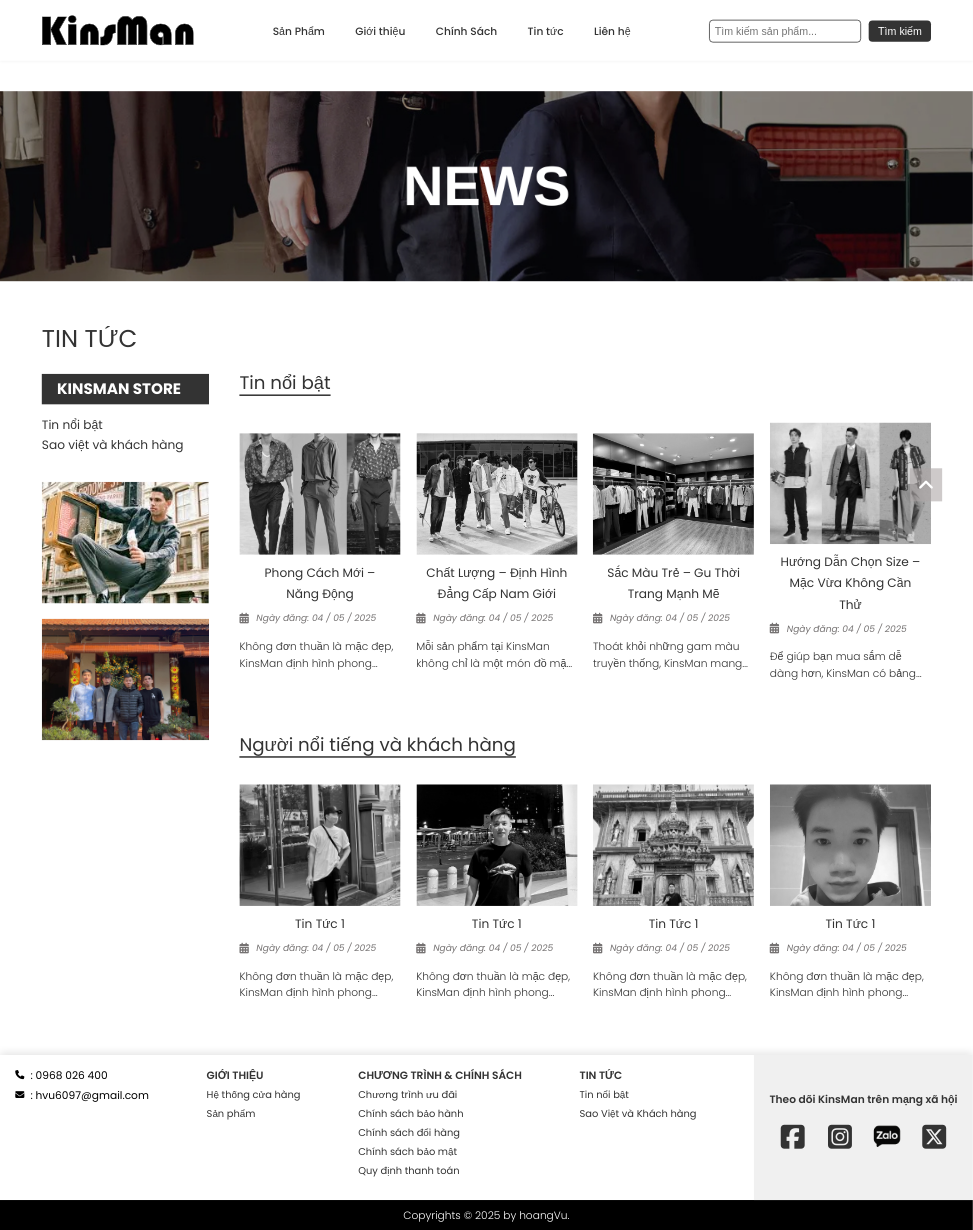
Repository: hoang28092000/kinsmanClothes
Page: category/news.html
An editor plug-in stored every save of this project. The page is shown before and after the next save, followed by the edit.
The browser window is 1280 px wide. The pictures show the whole page, at 76% of full size.

Above is the page before, as saved 2025-05-08 14:53:53.
Console error: TypeError: Cannot read properties of null (reading 'addEventListener')

### category/news.html
<!DOCTYPE html>
<html lang="en">
  <head>
    <meta charset="UTF-8" />
    <meta name="viewport" content="width=device-width, initial-scale=1.0" />
    <link rel="preconnect" href="https://fonts.googleapis.com" />
    <link rel="preconnect" href="https://fonts.gstatic.com" crossorigin />
    <link
      href="https://fonts.googleapis.com/css2?family=Poppins:ital,wght@0,100;0,200;0,300;0,400;0,500;0,600;0,700;0,800;0,900;1,100;1,200;1,300;1,400;1,500;1,600;1,700;1,800;1,900&display=swap"
      rel="stylesheet"
    />
    <link
      rel="stylesheet"
      href="https://cdnjs.cloudflare.com/ajax/libs/font-awesome/6.7.2/css/all.min.css"
      integrity="sha512-Evv84Mr4kqVGRNSgIGL/F/aIDqQb7xQ2vcrdIwxfjThSH8CSR7PBEakCr51Ck+w+/U6swU2Im1vVX0SVk9ABhg=="
      crossorigin="anonymous"
      referrerpolicy="no-referrer"
    />
    <link rel="stylesheet" href="../css/reset.css" />
    <link rel="stylesheet" href="../css/main.css" />
    <link rel="stylesheet" href="../css/product.css" />
    <title>KinsMan-Policy</title>
  </head>
  <body>
    <header class="header">
      <div class="container">
        <div class="content-header">
          <div class="logo">
            <a href="../index.html">
              <img
                src="../asset/logo/logo-kinsmann.svg"
                alt="KinsManClothes Logo"
              />
            </a>
          </div>
          <nav class="nav">
            <ul>
              <li><a href="./product.html">Sản Phẩm</a></li>
              <li><a href="./about-us.html">Giới thiệu</a></li>
              <li><a href="#">Chính Sách</a></li>
              <li><a href="./news.html">Tin tức</a></li>
              <li><a href="./contact.html">Liên hệ</a></li>
            </ul>
          </nav>
          <div class="search-box">
            <input type="text" placeholder="Tìm kiếm sản phẩm..." />
            <button type="submit">Tìm kiếm</button>
          </div>
        </div>
      </div>
    </header>

    <main class="main-news">
      <div class="banner-news">
        <img src="../asset/banner/banner-9.png" alt="" />
      </div>
      <div class="container">
        <h2 class="title-heading title-contact">TIN TỨC</h2>
        <div class="content-news">
          <div class="left">
            <h4>KINSMAN STORE</h4>
            <p>
              <a href="#featured-news">Tin nổi bật</a>
            </p>
            <p>
              <a href="#client">Sao việt và khách hàng</a>
            </p>
            <div class="mt40px">
              <div class="banner-left">
                <img src="../asset/image/md-1.jpg" alt="" />
              </div>
              <div class="banner-left">
                <img src="../asset/image/md-2.jpg" alt="" />
              </div>
            </div>
          </div>
          <div class="right">
            <div class="body-news" id="featured-news">
              <h3 class="blog-heading">Tin nổi bật</h3>
              <div class="list-news">
                <article class="card-news">
                  <a href="">
                    <div class="img-news">
                      <img src="../asset/image/news-4.png" alt="" />
                    </div>
                    <h3 class="name-news">
                      <a href=""> Phong Cách Mới – Năng Động </a>
                    </h3>
                  </a>
                  <div class="desc">
                    <div class="time-up">
                      <i class="fa-solid fa-calendar-days icon-time"></i>
                      <p class="desc-time">Ngày đăng: 04 / 05 / 2025</p>
                    </div>
                    <p class="desc_card-news">
                      Không đơn thuần là mặc đẹp, KinsMan định hình phong cách
                      mới cho nam giới hiện đại: trẻ trung, khỏe khoắn và luôn
                      sẵn sàng bứt phá. Từ áo thun basic đến sơ mi phối phá
                      cách, mọi thiết kế đều hướng tới sự năng động trong từng
                      chi tiết. Đặc biệt phù hợp với những chàng trai thích sự
                      đơn giản nhưng vẫn “ăn điểm” trước đám đông.
                    </p>
                  </div>
                </article>
                <article class="card-news">
                  <a href="">
                    <div class="img-news">
                      <img src="../asset/image/news-2.webp" alt="" />
                    </div>
                    <h3 class="name-news">
                      <a href=""> Chất Lượng – Định Hình Đẳng Cấp Nam Giới </a>
                    </h3>
                  </a>
                  <div class="desc">
                    <div class="time-up">
                      <i class="fa-solid fa-calendar-days icon-time"></i>
                      <p class="desc-time">Ngày đăng: 04 / 05 / 2025</p>
                    </div>
                    <p class="desc_card-news">
                      Mỗi sản phẩm tại KinsMan không chỉ là một món đồ mặc
                      ngoài, mà là một phần của giá trị cá nhân. Chất vải cao
                      cấp, form chuẩn và đường may tinh tế giúp tôn lên vóc dáng
                      nam tính. Đó là lý do vì sao KinsMan luôn được khách hàng
                      chọn mặt gửi vàng khi cần sự chỉn chu và đẳng cấp trong
                      từng set đồ – từ công sở đến tiệc tùng.
                    </p>
                  </div>
                </article>
                <article class="card-news">
                  <a href="">
                    <div class="img-news">
                      <img src="../asset/image/news-3.jpg" alt="" />
                    </div>
                    <h3 class="name-news">
                      <a href=""> Sắc Màu Trẻ – Gu Thời Trang Mạnh Mẽ </a>
                    </h3>
                  </a>
                  <div class="desc">
                    <div class="time-up">
                      <i class="fa-solid fa-calendar-days icon-time"></i>
                      <p class="desc-time">Ngày đăng: 04 / 05 / 2025</p>
                    </div>
                    <p class="desc_card-news">
                      Thoát khỏi những gam màu truyền thống, KinsMan mang đến bộ
                      sưu tập với tông màu hiện đại, trẻ trung nhưng không mất
                      đi vẻ mạnh mẽ. Từ xanh navy, beige, olive đến đen tuyền –
                      mỗi màu sắc đều phản ánh gu thẩm mỹ cá tính và phong cách
                      riêng của người mặc. Bạn muốn nổi bật nhưng không lố? Hãy
                      để sắc màu KinsMan giúp bạn làm điều đó.
                    </p>
                  </div>
                </article>
                <article class="card-news">
                  <a href="">
                    <div class="img-news">
                      <img src="../asset/image/news-1.jpeg" alt="" />
                    </div>
                    <h3 class="name-news">
                      <a href="">
                        Hướng Dẫn Chọn Size – Mặc Vừa Không Cần Thử
                      </a>
                    </h3>
                  </a>
                  <div class="desc">
                    <div class="time-up">
                      <i class="fa-solid fa-calendar-days icon-time"></i>
                      <p class="desc-time">Ngày đăng: 04 / 05 / 2025</p>
                    </div>
                    <p class="desc_card-news">
                      Để giúp bạn mua sắm dễ dàng hơn, KinsMan có bảng size
                      chuẩn quốc tế và đội ngũ hỗ trợ chọn size theo số đo cơ
                      thể. Chỉ cần biết chiều cao và cân nặng, bạn sẽ được tư
                      vấn ngay size phù hợp (S – M – L – XL...). Ngoài ra, nếu
                      không vừa, bạn có thể đổi size trong 7 ngày mà không mất
                      phí
                    </p>
                  </div>
                </article>
              </div>
            </div>
            <div class="body-news" id="client">
              <h3 class="blog-heading">Người nổi tiếng và khách hàng</h3>
              <div class="list-news">
                <article class="card-news">
                  <a href="">
                    <div class="img-news">
                      <img src="../asset/image/celep-1.jpg" alt="" />
                    </div>
                    <h3 class="name-news"><a href=""> Tin Tức 1 </a></h3>
                  </a>
                  <div class="desc">
                    <div class="time-up">
                      <i class="fa-solid fa-calendar-days icon-time"></i>
                      <p class="desc-time">Ngày đăng: 04 / 05 / 2025</p>
                    </div>
                    <p class="desc_card-news">
                      Không đơn thuần là mặc đẹp, KinsMan định hình phong cách
                      mới cho nam giới hiện đại: trẻ trung, khỏe khoắn và luôn
                      sẵn sàng bứt phá. Từ áo thun basic đến sơ mi phối phá
                      cách, mọi thiết kế đều hướng tới sự năng động trong từng
                      chi tiết. Đặc biệt phù hợp với những chàng trai thích sự
                      đơn giản nhưng vẫn “ăn điểm” trước đám đông.
                    </p>
                  </div>
                </article>
                <article class="card-news">
                  <a href="">
                    <div class="img-news">
                      <img src="../asset/image/celep-3.jpg" alt="" />
                    </div>
                    <h3 class="name-news"><a href=""> Tin Tức 1 </a></h3>
                  </a>
                  <div class="desc">
                    <div class="time-up">
                      <i class="fa-solid fa-calendar-days icon-time"></i>
                      <p class="desc-time">Ngày đăng: 04 / 05 / 2025</p>
                    </div>
                    <p class="desc_card-news">
                      Không đơn thuần là mặc đẹp, KinsMan định hình phong cách
                      mới cho nam giới hiện đại: trẻ trung, khỏe khoắn và luôn
                      sẵn sàng bứt phá. Từ áo thun basic đến sơ mi phối phá
                      cách, mọi thiết kế đều hướng tới sự năng động trong từng
                      chi tiết. Đặc biệt phù hợp với những chàng trai thích sự
                      đơn giản nhưng vẫn “ăn điểm” trước đám đông.
                    </p>
                  </div>
                </article>
                <article class="card-news">
                  <a href="">
                    <div class="img-news">
                      <img src="../asset/image/celep-5.jpg" alt="" />
                    </div>
                    <h3 class="name-news"><a href=""> Tin Tức 1 </a></h3>
                  </a>
                  <div class="desc">
                    <div class="time-up">
                      <i class="fa-solid fa-calendar-days icon-time"></i>
                      <p class="desc-time">Ngày đăng: 04 / 05 / 2025</p>
                    </div>
                    <p class="desc_card-news">
                      Không đơn thuần là mặc đẹp, KinsMan định hình phong cách
                      mới cho nam giới hiện đại: trẻ trung, khỏe khoắn và luôn
                      sẵn sàng bứt phá. Từ áo thun basic đến sơ mi phối phá
                      cách, mọi thiết kế đều hướng tới sự năng động trong từng
                      chi tiết. Đặc biệt phù hợp với những chàng trai thích sự
                      đơn giản nhưng vẫn “ăn điểm” trước đám đông.
                    </p>
                  </div>
                </article>
                <article class="card-news">
                  <a href="">
                    <div class="img-news">
                      <img src="../asset/image/celep-7.jpg" alt="" />
                    </div>
                    <h3 class="name-news"><a href=""> Tin Tức 1 </a></h3>
                  </a>
                  <div class="desc">
                    <div class="time-up">
                      <i class="fa-solid fa-calendar-days icon-time"></i>
                      <p class="desc-time">Ngày đăng: 04 / 05 / 2025</p>
                    </div>
                    <p class="desc_card-news">
                      Không đơn thuần là mặc đẹp, KinsMan định hình phong cách
                      mới cho nam giới hiện đại: trẻ trung, khỏe khoắn và luôn
                      sẵn sàng bứt phá. Từ áo thun basic đến sơ mi phối phá
                      cách, mọi thiết kế đều hướng tới sự năng động trong từng
                      chi tiết. Đặc biệt phù hợp với những chàng trai thích sự
                      đơn giản nhưng vẫn “ăn điểm” trước đám đông.
                    </p>
                  </div>
                </article>
              </div>
            </div>
          </div>
        </div>
      </div>
    </main>
    <footer class="footer">
      <div class="content-footer">
        <ul class="info-footer">
          <li class="contact-footer">
            <i class="fa-solid fa-phone icon-footer"></i>
            <p>: 0968 026 400</p>
          </li>
          <li class="contact-footer">
            <i class="fa-solid fa-envelope icon-footer"></i>
            <p>: hvu6097@gmail.com</p>
          </li>
        </ul>
        <ul class="info-footer">
          <li class="title-footer">GIỚI THIỆU</li>
          <li>
            <a href="./about-us.html"> Hệ thống cửa hàng </a>
          </li>
          <li>
            <a href="#"> Sản phẩm </a>
          </li>
        </ul>
        <ul class="info-footer">
          <li class="title-footer">CHƯƠNG TRÌNH & CHÍNH SÁCH</li>
          <li>
            <a href="./policy.html">Chương trình ưu đãi</a>
          </li>
          <li>
            <a href="./policy.html">Chính sách bảo hành</a>
          </li>
          <li>
            <a href="./policy.html">Chính sách đổi hàng</a>
          </li>
          <li>
            <a href="./policy.html">Chính sách bảo mật</a>
          </li>
          <li>
            <a href="./policy.html">Quy định thanh toán</a>
          </li>
        </ul>
        <ul class="info-footer">
          <li class="title-footer">TIN TỨC</li>
          <li>
            <a href="./news.html">Tin nổi bật</a>
          </li>
          <li>
            <a href="./news.html">Sao Việt và Khách hàng</a>
          </li>
        </ul>
        <ul class="footer-social">
          <li class="title-footer">Theo dõi KinsMan trên mạng xã hội</li>
          <li class="links-social">
            <a href="https://www.facebook.com/profile.php?id=100008725181742">
              <i class="fa-brands fa-square-facebook icon-social"></i>
            </a>
            <a href="https://www.instagram.com/hoagkins/"
              ><i class="fa-brands fa-square-instagram icon-social"></i
            ></a>
            <a href="zalo.me/0968026400"
              ><img
                src="../asset/icon/icon-zalo2.png"
                class="img-zalo"
                alt="ZALO"
            /></a>
            <a href="https://x.com/kinsman2809"
              ><i class="fa-brands fa-square-x-twitter icon-social"></i
            ></a>
          </li>
        </ul>
      </div>
      <div class="copy_right">
        <h3>Copyrights © 2025 by hoangVu.</h3>
      </div>
    </footer>

    <div class="up-page">
      <a href="#"><i class="fa-solid fa-angle-up icon-up"></i></a>
    </div>

    <script src="./js/main.js"></script>
  </body>
</html>

### css/product.css
.main-product {
  margin-top: 80px;
}
.banner-product {
  width: 100%;
  height: 250px;
}
.banner-product img {
  width: 100%;
  height: 100%;
}
.category-product {
  margin-bottom: 70px;
}

.list-product {
  display: flex;
  justify-content: space-between;
  align-items: center;
  gap: 30px;
}
.product-link {
  text-decoration: none;
}
.product-card {
  width: 288px;
}
.img-product {
  width: 100%;
  height: 290px;
  overflow: hidden;
}
.img-product img {
  width: 100%;
  height: 100%;
  transition: transform 0.3s ease;
}
.img-product img:hover {
  transform: scale(1.1);
}
.info-card {
  padding: 10px 20px;
}
.info-card h3 {
  text-align: center;
  font-size: 1.6rem;
  color: var(--text-color);
}
.price {
  font-size: 1.4rem;
  color: var(--primary-color);
  font-weight: 600;
  text-align: center;
  margin-top: 8px;
}
.more-product {
  width: 160px;
  height: 40px;
  display: flex;
  justify-content: center;
  align-items: center;
  margin: 30px auto 0;
  background-color: #333;
  color: #fff;
  text-decoration: none;
  font-size: 1.4rem;
  border: 1px solid #333;
  transition: all 0.7s ease;
  border-radius: 5px;
}
.more-product:hover {
  background-color: #fff;
  color: #333;
}
.banner-main_second {
  width: 100%;
  height: 250px;
}

.banner-main_second img {
  width: 100%;
  height: 100%;
}

/* main_about-us */
.main-news,
.main-contact,
.main-policy,
.main_about-us {
  margin-top: 120px;
}
.content-policy .passage,
.content_about-us .passage {
  margin-bottom: 32px;
}
.content-policy h3,
.content_about-us h3 {
  font-size: 1.8rem;
  font-weight: 500;
  color: var(--text-color);
  line-height: 1.76;
  margin-bottom: 12px;
}
.content-policy p,
.content_about-us p {
  font-size: 1.6rem;
  color: #333;
  line-height: 1.85;
  margin-bottom: 10px;
  text-align: justify;
}

.map {
  position: relative;
  width: 100%;
  height: 400px;
  margin-top: 40px;
}
.map a {
  text-decoration: none;
}
.map img {
  width: 100%;
  height: 100%;
  object-fit: cover;
}
.overlay-map {
  position: absolute;
  top: 0;
  bottom: 0;
  right: 0;
  left: 0;
  display: none;
  background-color: rgba(73, 71, 71, 0.4);
}
.overlay-map h3 {
  font-size: 2.8rem;
  color: #fff;
}

.map:hover .overlay-map {
  display: flex;
  justify-content: center;
  align-items: center;
}

/* policy */
.content-policy ul {
  padding-left: 30px;
  list-style-type: disc;
}
.content-policy li {
  font-size: 1.6rem;
  color: #333;
  margin-bottom: 16px;
}
/* contact */
.banner-contact {
  width: 100%;
  height: 250px;
}
.banner-contact img {
  width: 100%;
  height: 100%;
  object-fit: cover;
}
.content-contact {
  margin-top: 70px;
}
.info-contact {
  display: flex;
  justify-content: space-between;
  align-items: center;
  gap: 60px;
}
.info-contact .left,
.info-contact .right {
  width: 550px;
}
.info-contact .left {
  padding: 20px 0;
}
.item-contact {
  display: flex;
  align-items: center;
  gap: 10px;
  margin-bottom: 20px;
}
.item-contact:last-child {
  margin-bottom: 0;
}
.item-contact i {
  font-size: 1.6rem;
  color: #333;
}
.item-contact p {
  font-size: 1.6rem;
  font-weight: 300;
  color: #333;
}

.info-contact .right img {
  width: 100%;
}
.map-contact {
  height: 250px;
}
.title-contact {
  text-align: start;
  margin-bottom: 30px;
}

/* news */
.banner-news {
  width: 100%;
  height: 250px;
  margin-bottom: 60px;
}
.banner-news img {
  width: 100%;
  height: 100%;
  object-fit: cover;
}
.content-news {
  display: flex;
  justify-content: space-between;
}
.content-news .left {
  width: 220px;
}

.content-news .left h4 {
  width: 100%;
  font-size: 2rem;
  color: #fff;
  font-weight: 700;
  background-color: #333;
  padding: 10px 20px;
  margin-bottom: 20px;
}

.content-news .left p{
  margin-bottom: 10px;
}
.content-news .left a {
  text-decoration: none;
  font-size: 1.6rem;
  color: #333;
}
.content-news .left a:hover {
  text-decoration: underline;
}

.content-news .right {
  flex: 1;
  margin-left: 40px;
}
.blog-heading {
  font-size: 2.4rem;
  color: #333;
  text-decoration: underline;
  text-underline-offset: 7px;
  text-decoration-thickness: 2px;
  margin-bottom: 40px;
}
.list-news {
  display: grid;
  grid-template-columns: repeat(4, 212px);
  gap: 20px;
}
.list-news .card-news {
  width: 100%;
}

.list-news .img-news {
  width: 100%;
  height: 160px;
  overflow: hidden;
}
.list-news .img-news img {
  width: 100%;
  height: 100%;
  object-fit: cover;
  transition: transform 0.3s ease;
}
.list-news .img-news img:hover {
  transform: scale(1.1);
}
.name-news {
  text-align: center;
  padding: 10px;
  line-height: 1.75;
}
.name-news a {
  font-size: 1.6rem;
  color: #333;
  text-decoration: none;
}

.name-news a:hover {
  color: var(--primary-color);
}
.time-up {
  display: flex;
  align-items: center;
  gap: 10px;
  margin-bottom: 20px;
}
.icon-time {
  font-size: 1.4rem;
  color: #757272;
}
.desc-time {
  font-style: italic;
  color: #757272;
  font-size: 1.2rem;
}
.desc_card-news {
  display: -webkit-box;
  -webkit-line-clamp: 2;
  -webkit-box-orient: vertical;
  overflow: hidden;
  text-overflow: ellipsis;
  font-size: 1.4rem;
  color: #333;
  font-weight: 300;
  line-height: 1.57;
}

#client{
  margin-top: 70px;
}
.content-news .banner-left{
  width: 100%;
  height: 160px;
  overflow: hidden;
  margin-bottom: 20px;
}

.content-news .banner-left img{
  width: 100%;
  height: 100%;
  object-fit: cover;
  transition: transform 0.3s ease;
}
.content-news .banner-left img:hover{
  transform: scale(1.1);
}
.mt40px{
  margin-top: 40px;
}

Loaded but not shown: css/reset.css (common file); js/main.js (19 lines, source omitted); css/main.css (480 lines, source omitted)

After the next save:
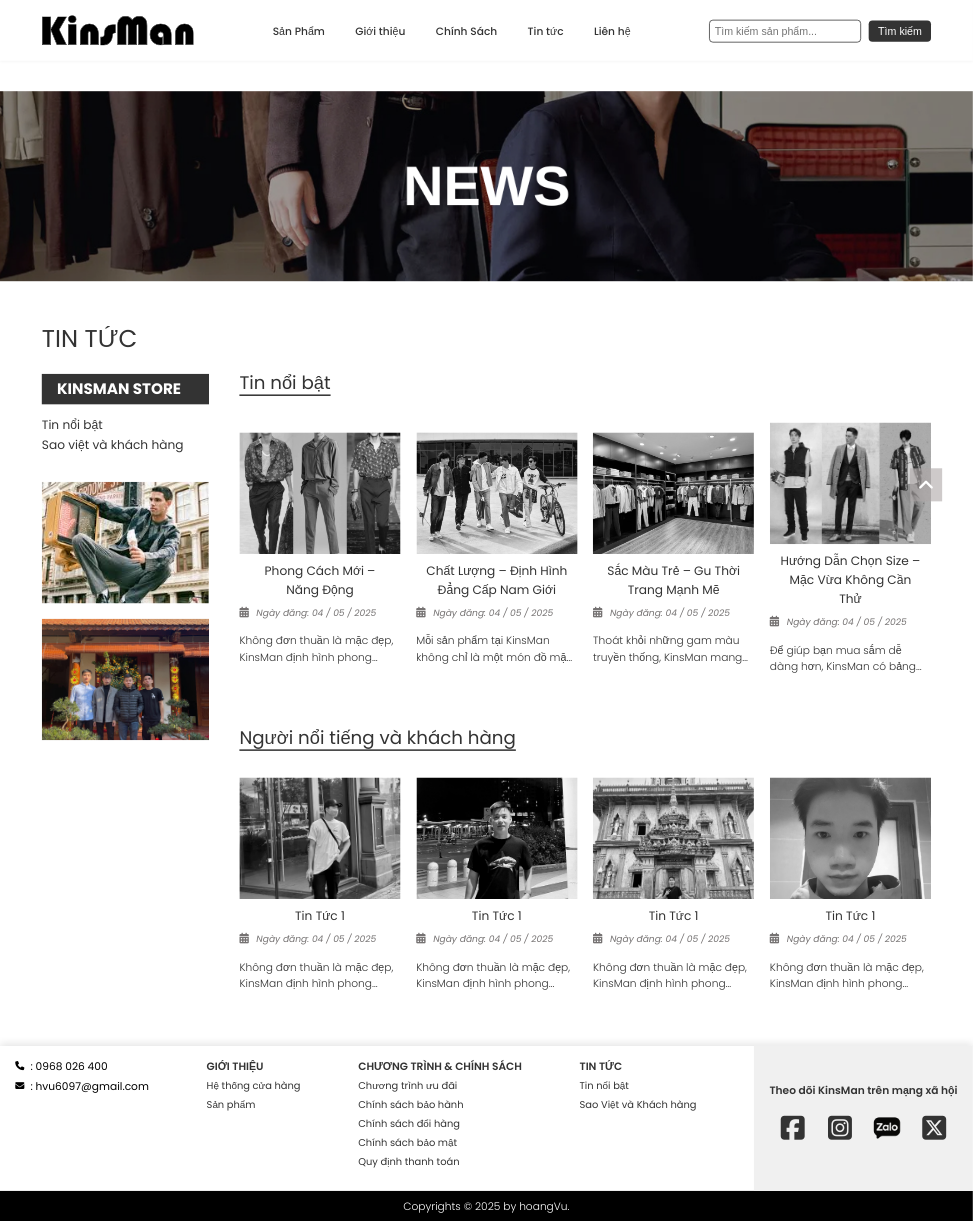
Saved 5 s later.
--- a/css/product.css
+++ b/css/product.css
@@ -289,7 +289,7 @@
 .name-news {
   text-align: center;
   padding: 10px;
-  line-height: 1.75;
+  line-height: 1.57;
 }
 .name-news a {
   font-size: 1.6rem;
